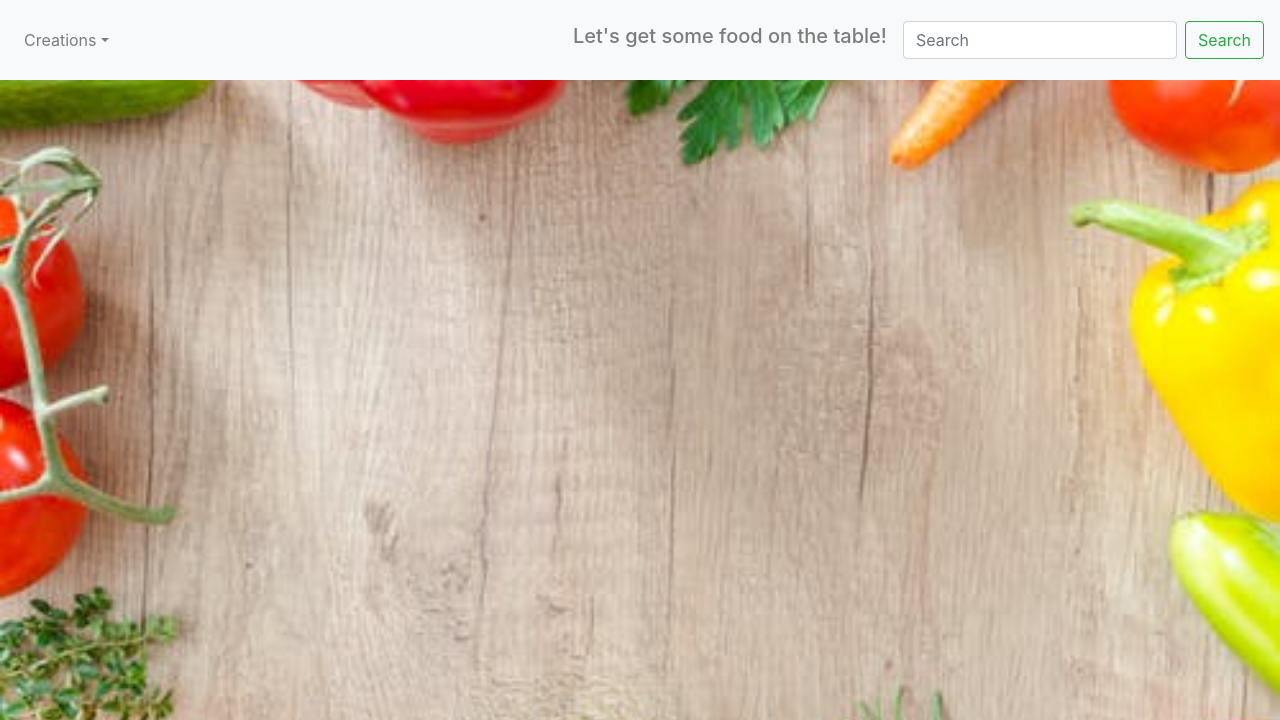
Repository: bandyp/cookBook
Page: index.html
The author's editor kept a record of every edit. The page is drawn from the files as they stood at one moment, then again after the next edit.
The browser window is 1280 px wide. The pictures show the whole page.

Above is the page before.

After the next edit:
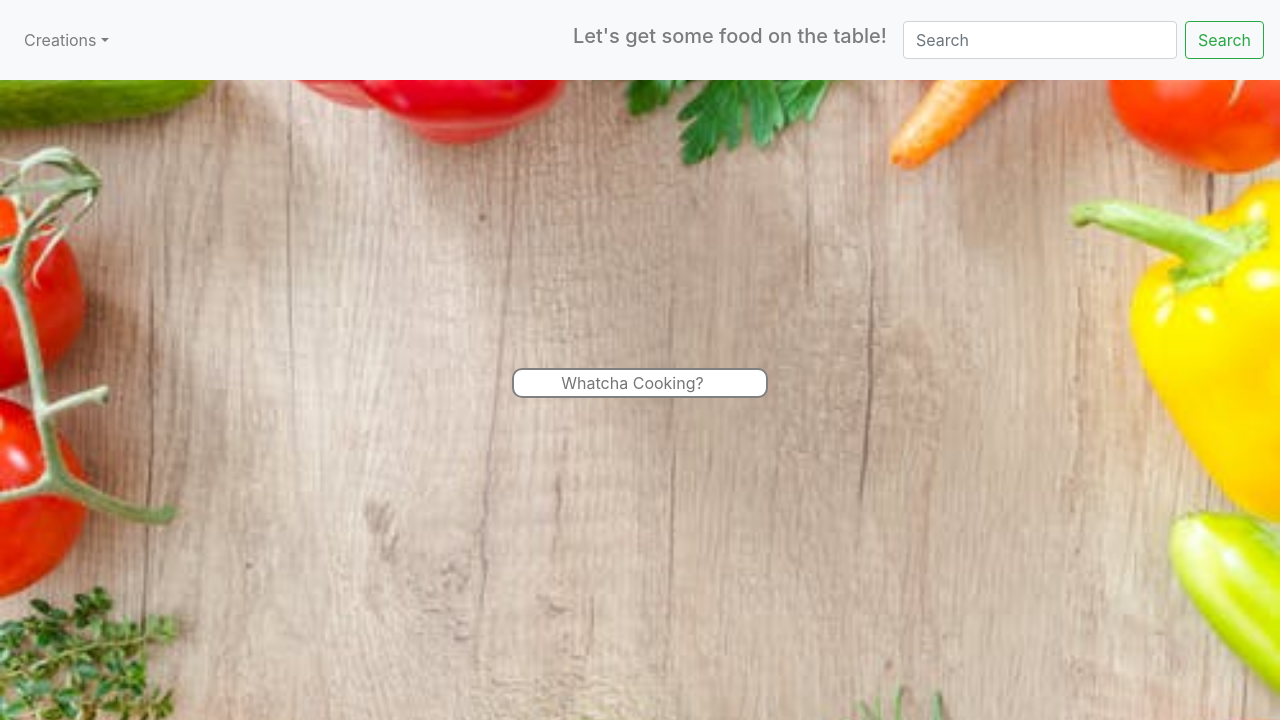
The edit:
--- a/index.html
+++ b/index.html
@@ -45,7 +45,9 @@
         </form>
 
     </nav>
-
+    <div class="box">
+        <input type="search" id="search" placeholder="Whatcha Cooking?" />
+    </div>
     <script src="https://code.jquery.com/jquery-3.3.1.slim.min.js" integrity="sha384-q8i/X+965DzO0rT7abK41JStQIAqVgRVzpbzo5smXKp4YfRvH+8abtTE1Pi6jizo" crossorigin="anonymous"></script>
     <script src="https://cdnjs.cloudflare.com/ajax/libs/popper.js/1.14.7/umd/popper.min.js" integrity="sha384-UO2eT0CpHqdSJQ6hJty5KVphtPhzWj9WO1clHTMGa3JDZwrnQq4sF86dIHNDz0W1" crossorigin="anonymous"></script>
     <script src="https://stackpath.bootstrapcdn.com/bootstrap/4.3.1/js/bootstrap.min.js" integrity="sha384-JjSmVgyd0p3pXB1rRibZUAYoIIy6OrQ6VrjIEaFf/nJGzIxFDsf4x0xIM+B07jRM" crossorigin="anonymous"></script>
